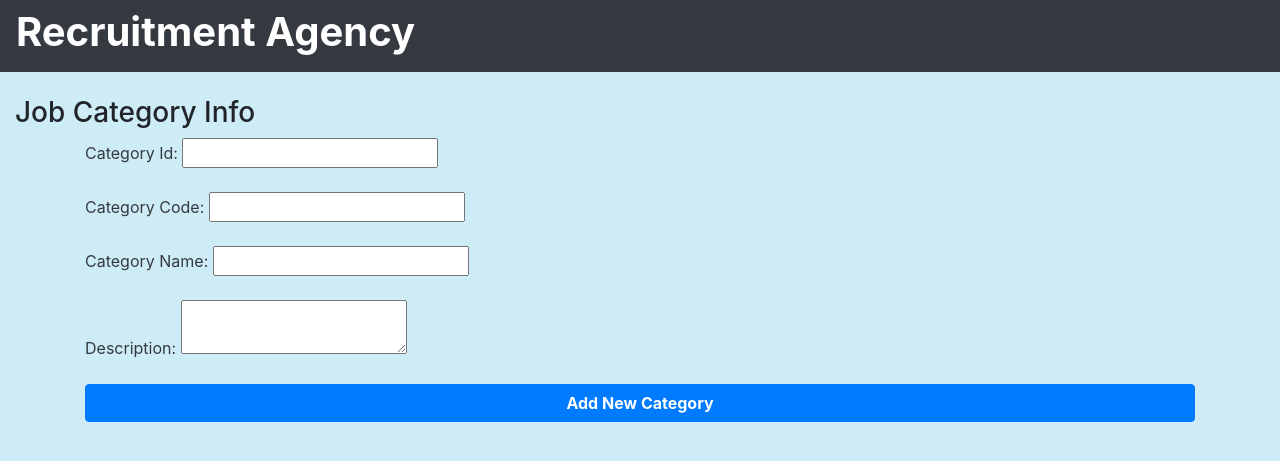
Repository: ism-shahriar/RecruitmentAgencyPortal
Page: http://localhost/index
An editor plug-in stored every save of this project. The page is shown before and after the next save, followed by the edit.
The browser window is 1280 px wide. The pictures show the whole page.
The page is this project's Thymeleaf template; nobody is signed in. The template is opened directly, without the code that normally fills it, so the values that code supplies are empty.

Above is the page before, as saved 2020-04-17 06:25:40.

After the next save:
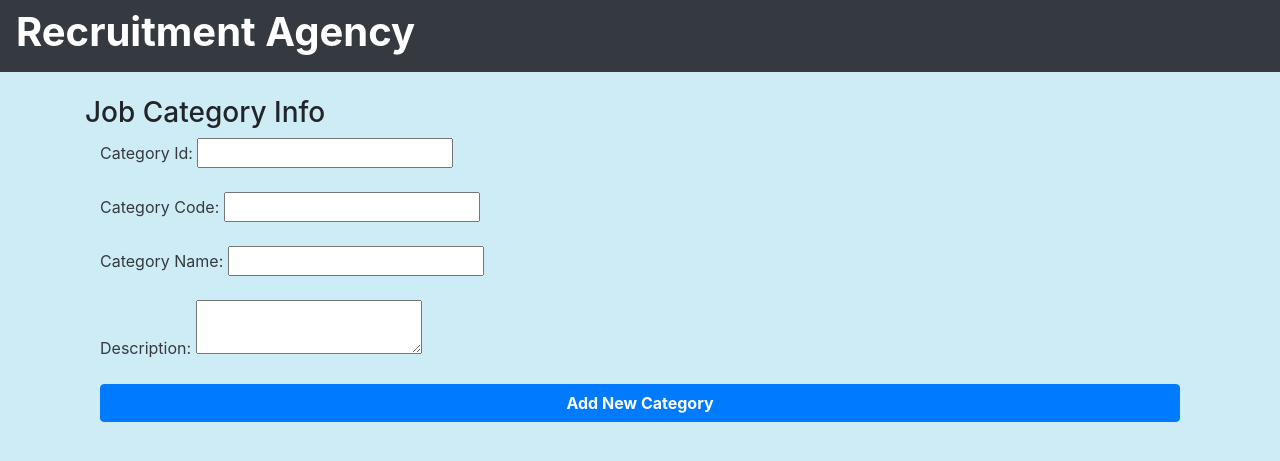
Saved 4 s later.
--- a/MicroServiceJobCat/src/main/resources/templates/index.html
+++ b/MicroServiceJobCat/src/main/resources/templates/index.html
@@ -10,7 +10,7 @@
 <nav class="navbar navbar-expand-sm bg-dark navbar-dark">
 	<h1 style="font-weight: bold; color: white">Recruitment Agency</h1>
 </nav>
-	<div class="container-fluid" style="background-color: #CEECF5">
+	<div class="container" style="background-color: #CEECF5">
 	<br><h3>Job Category Info</h3>
 		<form class="container text-dark" action="add" method="POST">
 			Category Id: <input type="text" name="catId" /><br></br>
